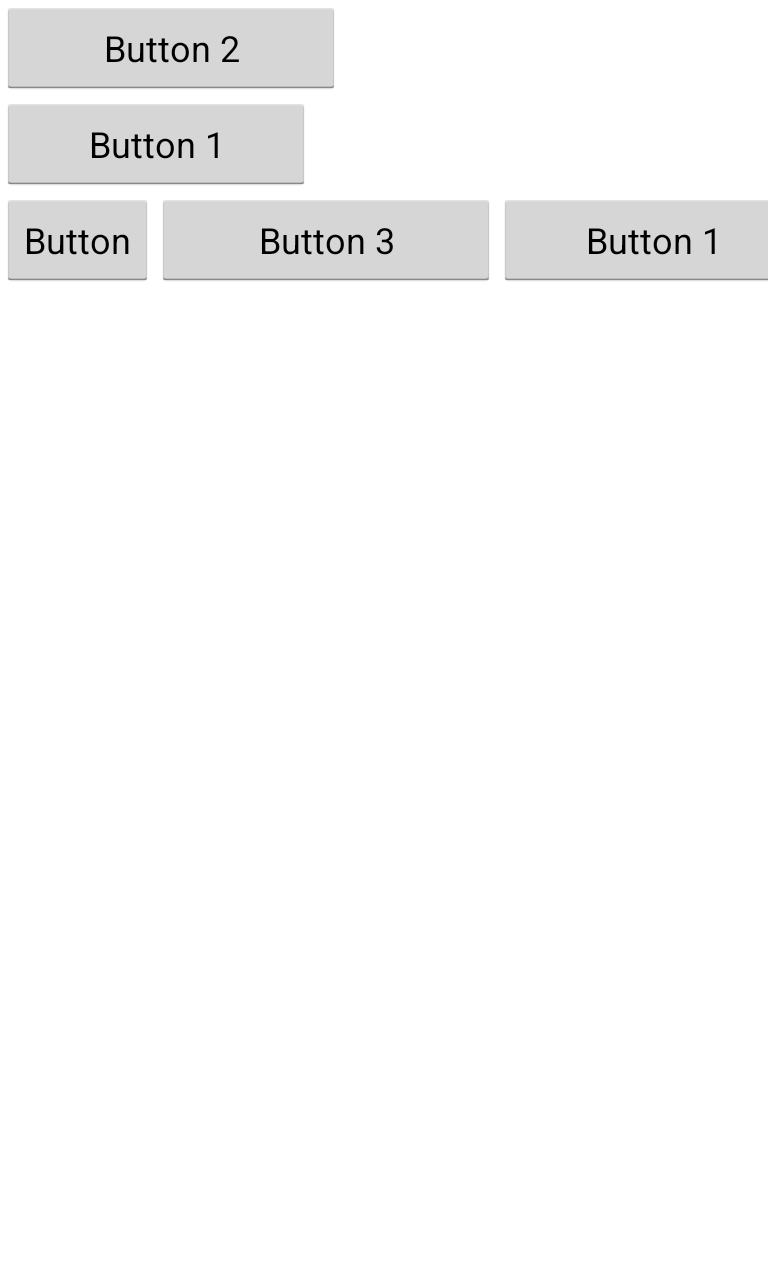
Repository: Lijianhao1995/Android
Layout: ActivityTest/res/layout/first_layout.xml
An editor plug-in stored every save of this project. The layout is shown before and after the next save, followed by the edit.
It is drawn on a 768 x 1280 px phone screen (xhdpi) without system bars, with theme AppTheme; the app's code is not run.

Above is the layout before, as saved 2015-04-26 08:05:03.

### ActivityTest/res/layout/first_layout.xml
<?xml version="1.0" encoding="utf-8"?>
<LinearLayout xmlns:android="http://schemas.android.com/apk/res/android"
    xmlns:tools="http://schemas.android.com/tools"
    android:layout_width="match_parent"
    android:layout_height="match_parent"
    android:orientation="vertical"
    tools:context=".FirstActivity" >

    <Button
        android:id="@+id/button_2"
        android:layout_width="171dp"
        android:layout_height="wrap_content"
        android:text="Button 2" />

    <Button
        android:id="@+id/button_1"
        android:layout_width="156dp"
        android:layout_height="wrap_content"
        android:text="Button 1" />



    <LinearLayout
    	android:layout_width="match_parent"
    	android:layout_height="match_parent"
    	android:orientation="horizontal"
    	tools:context=".FirstActivity" >

        <Button
            android:id="@+id/button1"
            android:layout_width="wrap_content"
            android:layout_height="wrap_content"
            android:text="Button" />

    	<Button
        	android:id="@+id/button_3"
       		android:layout_width="171dp"
        	android:layout_height="wrap_content"
        	android:text="Button 3" />

   		<Button
        	android:id="@+id/button_4"
        	android:layout_width="156dp"
        	android:layout_height="wrap_content"
        	android:text="Button 1" />

	</LinearLayout>
	<LinearLayout>

	</LinearLayout>


</LinearLayout>

Loaded but not shown: ActivityTest/res/values/styles.xml (common file); ActivityTest/res/values-v11/styles.xml (common file); ActivityTest/res/values-v14/styles.xml (common file)

After the next save:
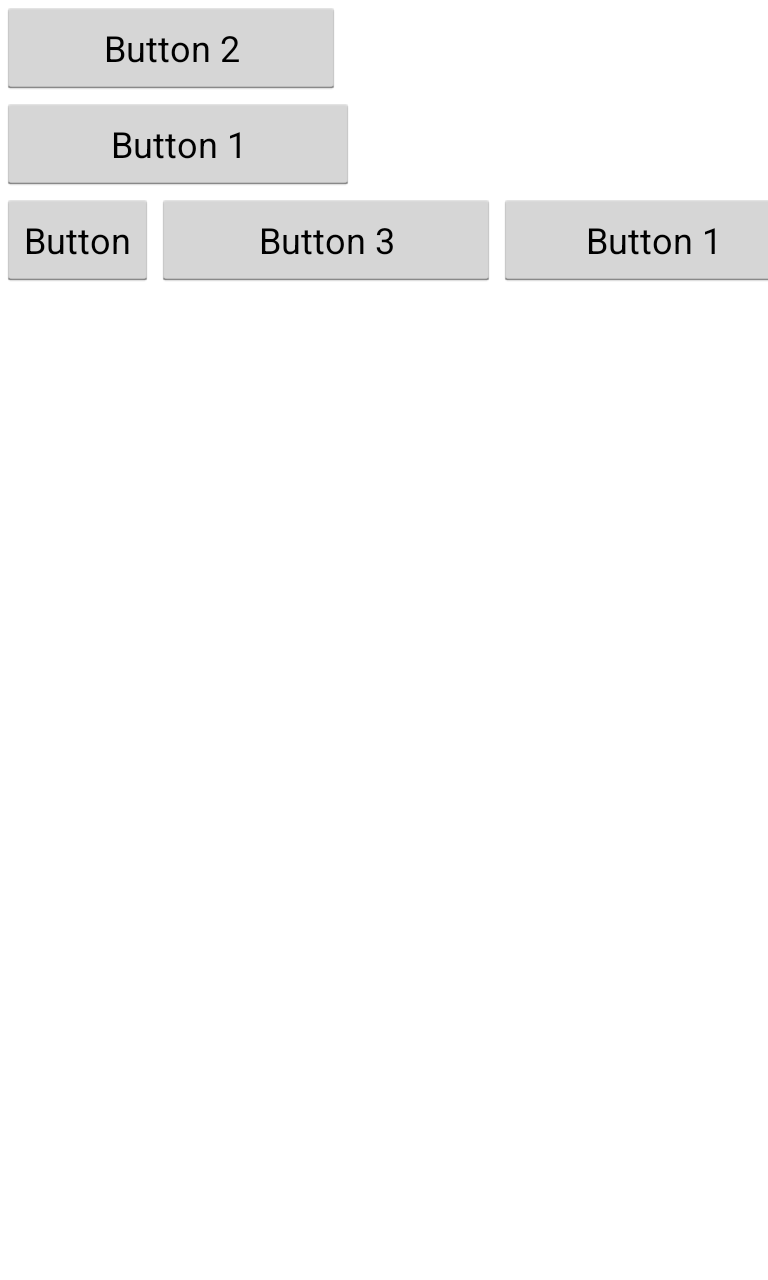
Saved 89 s later.
--- a/ActivityTest/res/layout/first_layout.xml
+++ b/ActivityTest/res/layout/first_layout.xml
@@ -14,11 +14,9 @@
 
     <Button
         android:id="@+id/button_1"
-        android:layout_width="156dp"
+        android:layout_width="178dp"
         android:layout_height="wrap_content"
         android:text="Button 1" />
-
-
 
     <LinearLayout
     	android:layout_width="match_parent"
@@ -45,7 +43,15 @@
         	android:text="Button 1" />
 
 	</LinearLayout>
-	<LinearLayout>
+
+	<LinearLayout
+	    android:layout_width="wrap_content"
+	    android:layout_height="wrap_content" >
+   		<Button
+            android:id="@+id/button6"
+            android:layout_width="wrap_content"
+            android:layout_height="wrap_content"
+            android:text="Button 6" />
 
 	</LinearLayout>
 
